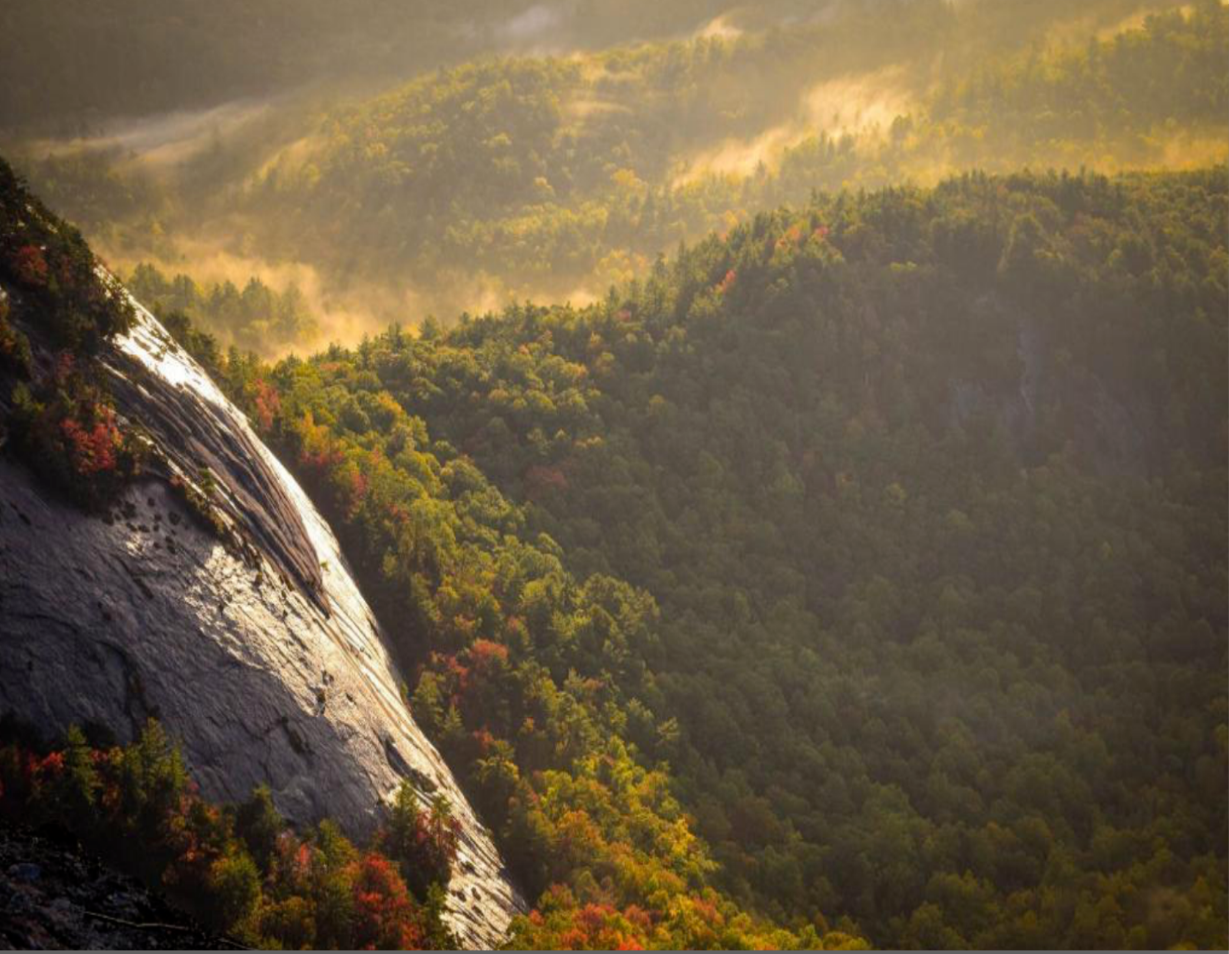
Repository: sogeisetsu/suy-ife
Page: 009-011/index.html
An editor plug-in stored every save of this project. The page is shown before and after the next save, followed by the edit.
The browser window is 1280 px wide. The pictures show the whole page, at 96% of full size.

Above is the page before, as saved 2019-10-10 19:00:41.

### 009-011/index.html
<!DOCTYPE html>
<html>
    <head>
        <meta name="charset" content="utf-8">
        <meta http-equiv="refresh" content="30">
        <link rel="stylesheet" href="index.css" type="text/css">
    </head>
    <body>
        <div id=head>
            <div class=headback>
                <img src="sucai/head-back.png" alt="头部背景" class="head-image">
                <div class="headbackcolor"></div>
            </div>
        </div>
    </body>
</html>

### 009-011/index.css
html,body{
    margin: 0;
    height: 100%;
    width: 100%;
}
#head{
    width: 100%;
    height: 990px;
}
.headback{
    width: 100%;
    height: 100%;
}
.headbackcolor{
    position: relative;
    width: 100%;
    height: 100%;
    background-color: #616161;
    bottom: 990px;
    z-index: -1;
}
.head-image{
    width: 100%;
    height: 100%;
}
/* #headbackimage{
    width: 100%;
    height: 100%;
} */

After the next save:
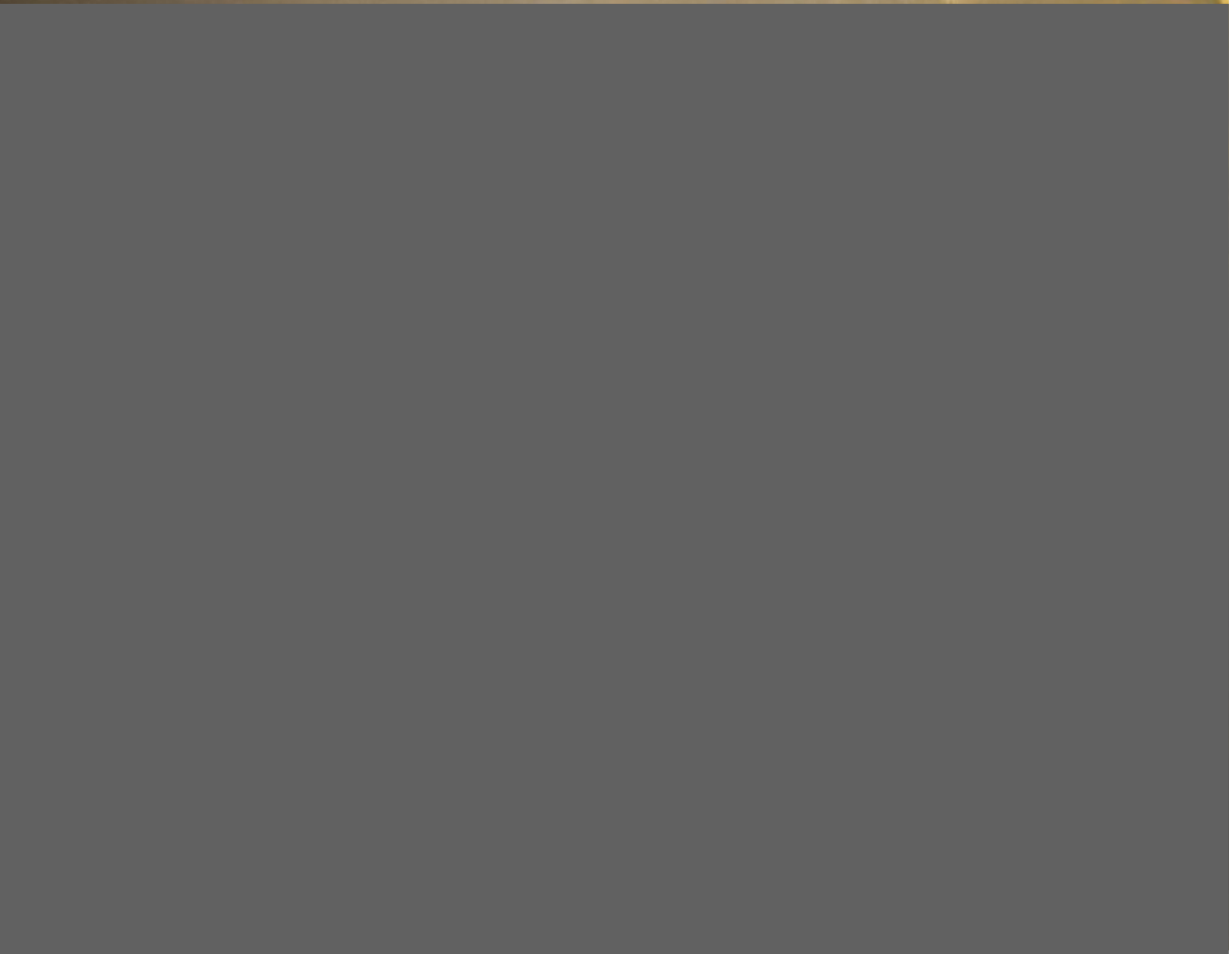
Saved 21 s later.
--- a/009-011/index.css
+++ b/009-011/index.css
@@ -17,7 +17,6 @@ html,body{
     height: 100%;
     background-color: #616161;
     bottom: 990px;
-    z-index: -1;
 }
 .head-image{
     width: 100%;

After the save that followed:
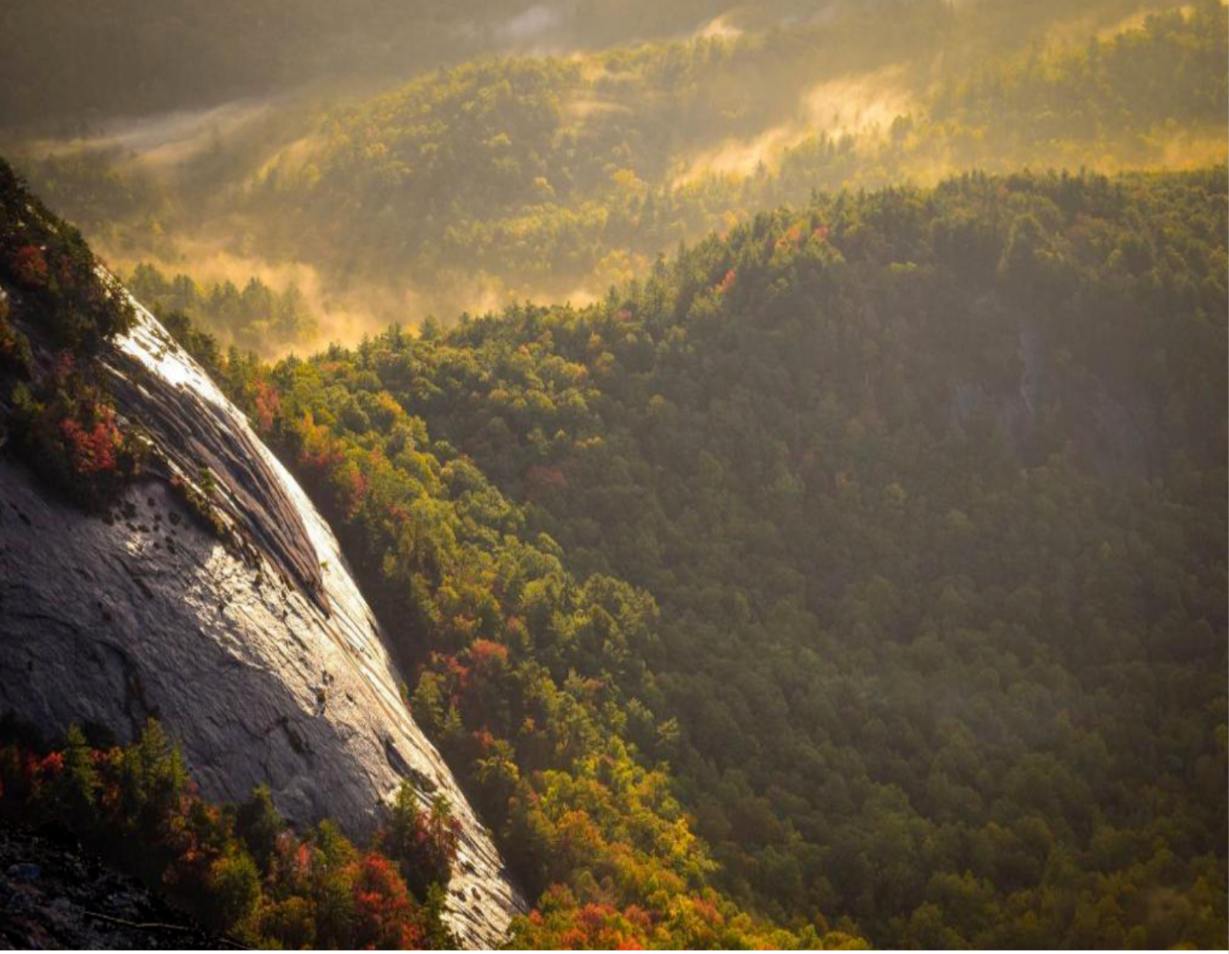
Saved 45 s later.
--- a/009-011/index.css
+++ b/009-011/index.css
@@ -12,7 +12,7 @@ html,body{
     height: 100%;
 }
 .headbackcolor{
-    position: relative;
+    position: absolute;
     width: 100%;
     height: 100%;
     background-color: #616161;
